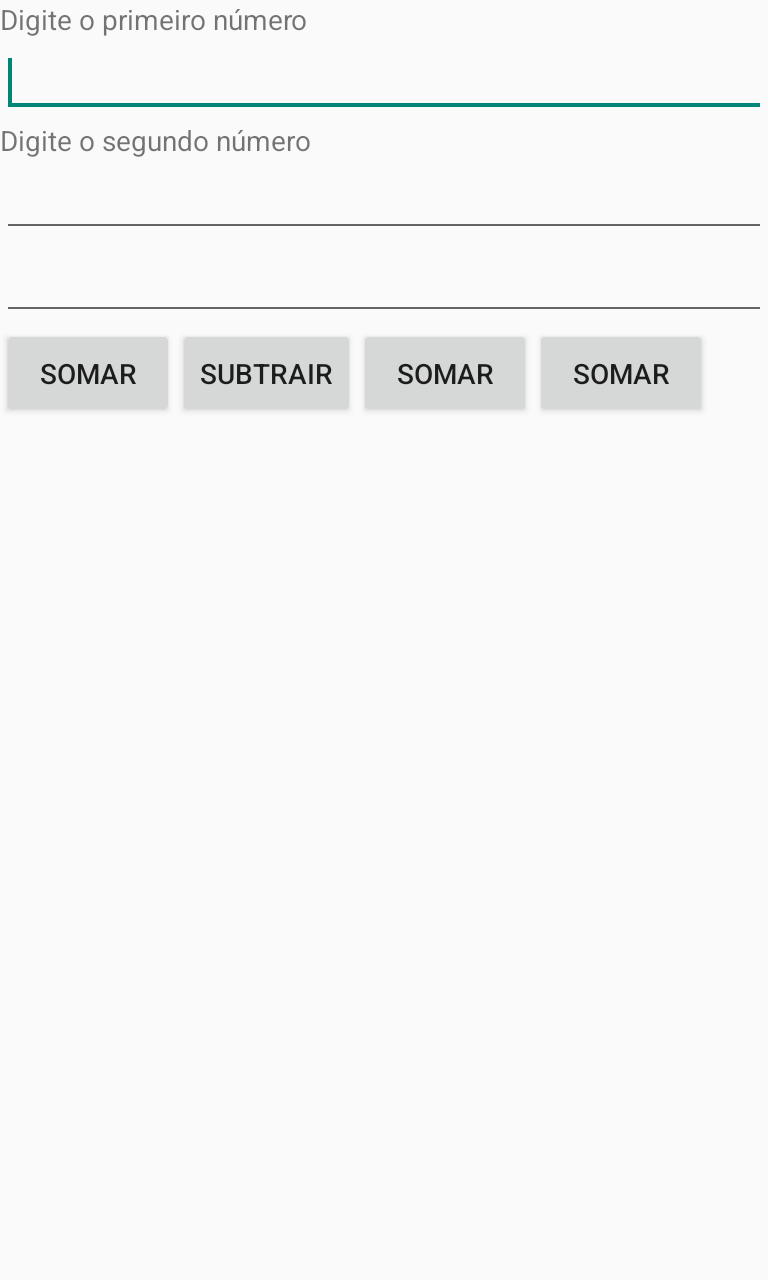
Repository: LucasSampaio/SysPizza-PSI
Layout: CodigoFonte/MOBILE/Calculadora_Neri/res/layout/activity_calculadora.xml
These files come from the project's save history. The layout is drawn as it stood at one moment and after the next save; the edit follows.
It is drawn on a 768 x 1280 px phone screen (xhdpi) without system bars, with theme AppTheme; the app's code is not run.

Above is the layout before, as saved 2014-09-04 19:13:31.

After the next save:
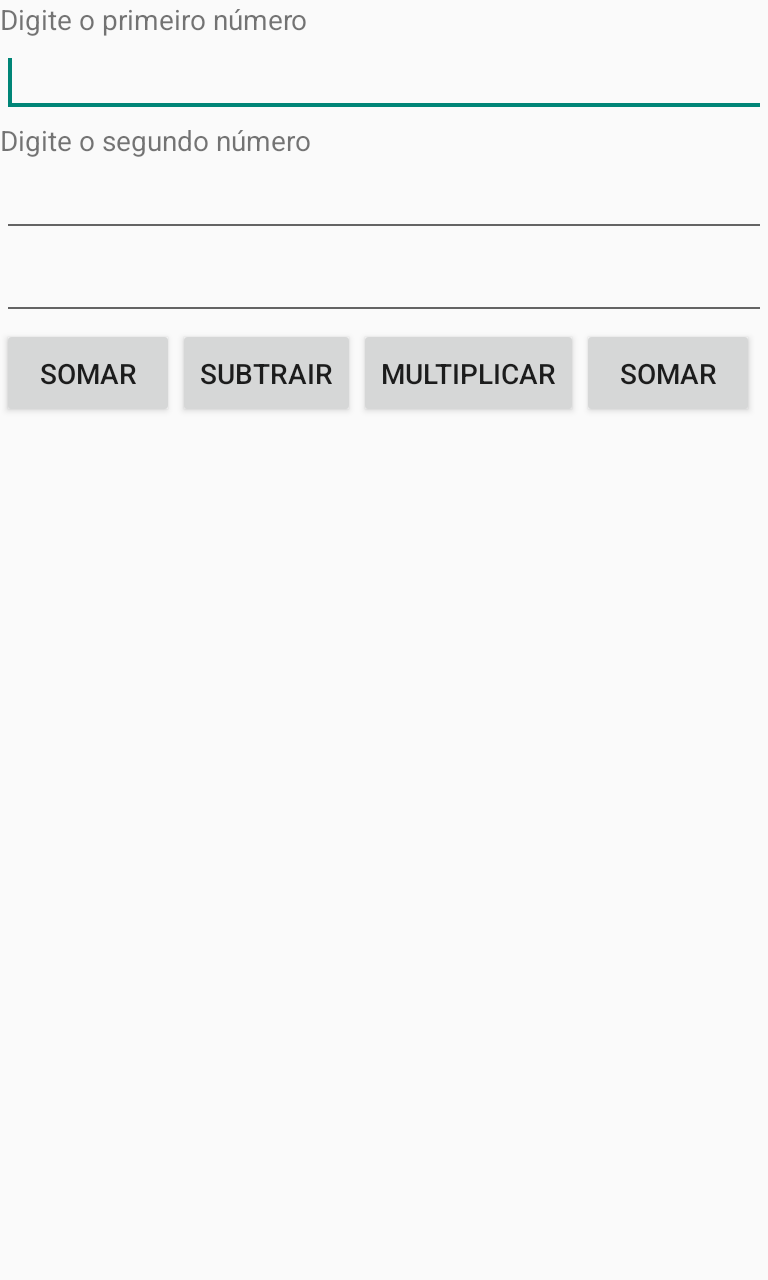
Saved 6 s later.
--- a/CodigoFonte/MOBILE/Calculadora_Neri/res/layout/activity_calculadora.xml
+++ b/CodigoFonte/MOBILE/Calculadora_Neri/res/layout/activity_calculadora.xml
@@ -54,7 +54,7 @@
 	        android:id="@+id/btnMultiplicar"
 	        android:layout_width="wrap_content"
 	        android:layout_height="wrap_content"
-	        android:text="Somar" />
+	        android:text="Multiplicar" />
 	    <Button
 	        android:id="@+id/btnDividir"
 	        android:layout_width="wrap_content"
